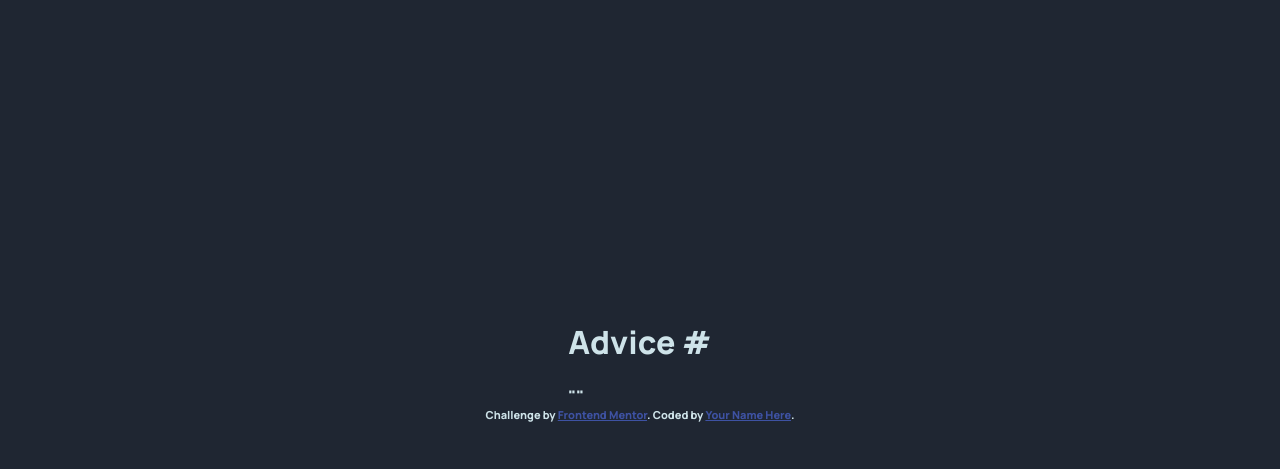
Repository: blordeus/advice-generator-app-main
Page: index.html
These files come from the project's save history. The page is drawn as it stood at one moment and after the next save; the edit follows.
The browser window is 1280 px wide. The pictures show the whole page.

Above is the page before, as saved 2023-08-22 22:06:51.

### index.html
<!DOCTYPE html>
<html lang="en">
<head>
  <meta charset="UTF-8">
  <meta name="viewport" content="width=device-width, initial-scale=1.0"> <!-- displays site properly based on user's device -->

  <link rel="icon" type="image/png" sizes="32x32" href="./images/favicon-32x32.png">
  <link rel="stylesheet" href="style.css">

  <title>Frontend Mentor | Advice generator app</title>

  <!-- Feel free to remove these styles or customise in your own stylesheet 👍 -->
  <style>
    .attribution { font-size: 11px; text-align: center; }
    .attribution a { color: hsl(228, 45%, 44%); }
  </style>
</head>
<body>
  <main>
    <h1>Advice #<!-- Advice ID goes here --></h1>

    "<!-- Advice text goes here -->"

  </main>
  <div class="attribution">
    Challenge by <a href="https://www.frontendmentor.io?ref=challenge" target="_blank">Frontend Mentor</a>.
    Coded by <a href="#">Your Name Here</a>.
  </div>
</body>
</html>

### style.css
@import url('https://fonts.googleapis.com/css2?family=Manrope:wght@800&display=swap');

:root{
    --Light-Cyan: hsl(193, 38%, 86%);
    --Neon-Green: hsl(150, 100%, 66%);
    --Grayish-Blue: hsl(217, 19%, 38%);
    --Dark-Grayish-Blue: hsl(217, 19%, 24%);
    --Dark-Blue: hsl(218, 23%, 16%);
}

body{
    font-family: 'Manrope', sans-serif;
    background-color: var(--Dark-Blue);
    color: var(--Light-Cyan);
    display: flex;
    flex-direction: column;
    align-items: center;
    justify-content: center;
    height: 100vh;
    margin: 0;
    padding: 0;
    overflow: hidden;
}
  .quote {
    font-size: 28px;
  }

After the next save:
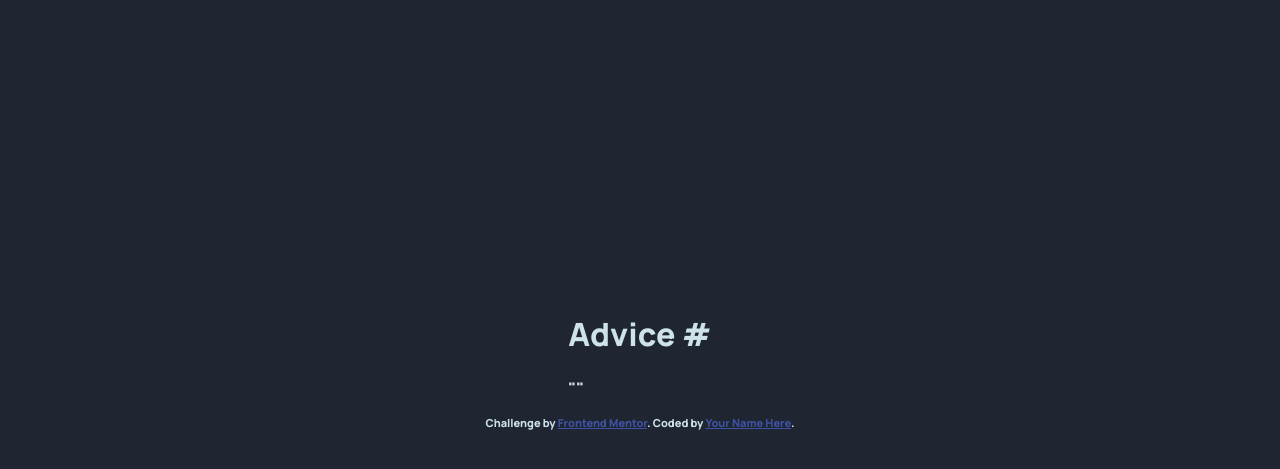
Saved 10 s later.
--- a/index.html
+++ b/index.html
@@ -19,7 +19,9 @@
   <main>
     <h1>Advice #<!-- Advice ID goes here --></h1>
 
-    "<!-- Advice text goes here -->"
+    <p>"<!-- Advice text goes here -->"</p>
+
+
 
   </main>
   <div class="attribution">
